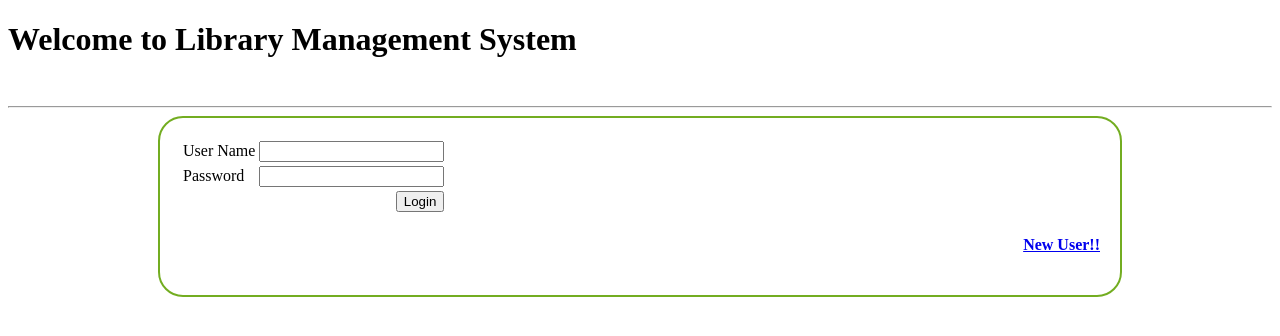
Repository: paragpatidar/LibraryManagementSystem
Page: http://localhost/LibraryManagementSystemSpring/
The author's editor kept a copy of each file at every save. The page is drawn from the files as they stood at one save, then again after the next save.
The browser window is 1280 px wide. The pictures show the whole page.
The page is served by Tomcat 9. Nobody is signed in. The application's start-up code is not run. Other server files are loaded and not shown.

Above is the page before, as saved 2017-11-08 04:23:02.

### LibraryManagementSystemSpring/WebContent/index.jsp
<%@ page language="java" contentType="text/html; charset=ISO-8859-1"
	pageEncoding="ISO-8859-1"%>
<!DOCTYPE html PUBLIC "-//W3C//DTD HTML 4.01 Transitional//EN" "http://www.w3.org/TR/html4/loose.dtd">
<html>
<head>
<meta http-equiv="Content-Type" content="text/html; charset=ISO-8859-1">
<title>Insert title here</title>
<style>
#form {
    border-radius: 25px;
    border: 2px solid #73AD21;
    padding: 20px;
    margin-right : 150px;
    margin-left : 150px;
}
</style>

</head>
<body>
	<h1>Welcome to Library Management System</h1>
	<br>
	<hr>
	<div id="form">
	<form action="login.htm" method="post">
		<table>
			<tr>
				<td>User Name</td>
				<td><input type="text" name="userName"></td>
			</tr>
			<tr>
				<td>Password</td>
				<td><input type="password" name="password"></td>
			</tr>
			<tr>
				<td colspan="2" align="right"><input type="submit" name="submit" value="Login"></td>
			</tr>
		</table>
	</form>
	<h4 align="right"><a href="newUser.htm">New User!!</a></h4>
	</div>
</body>
</html>

After the next save:
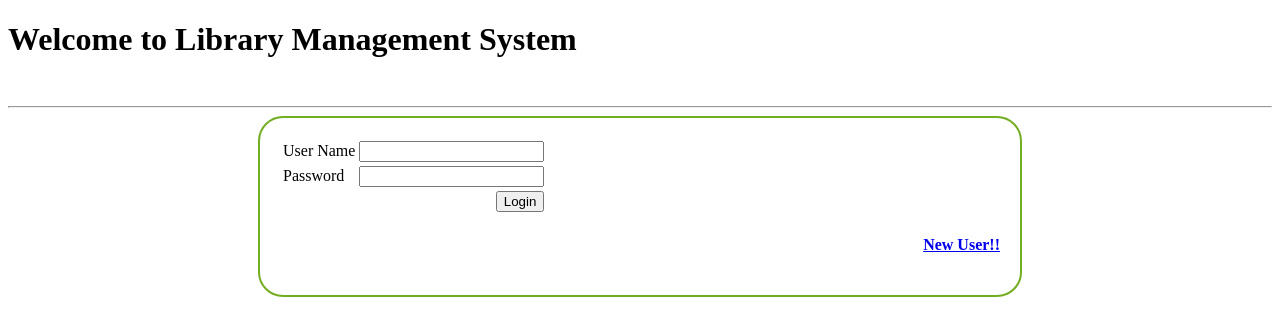
Saved 24 s later.
--- a/LibraryManagementSystemSpring/WebContent/index.jsp
+++ b/LibraryManagementSystemSpring/WebContent/index.jsp
@@ -10,8 +10,8 @@
     border-radius: 25px;
     border: 2px solid #73AD21;
     padding: 20px;
-    margin-right : 150px;
-    margin-left : 150px;
+    margin-right : 250px;
+    margin-left : 250px;
 }
 </style>
 
